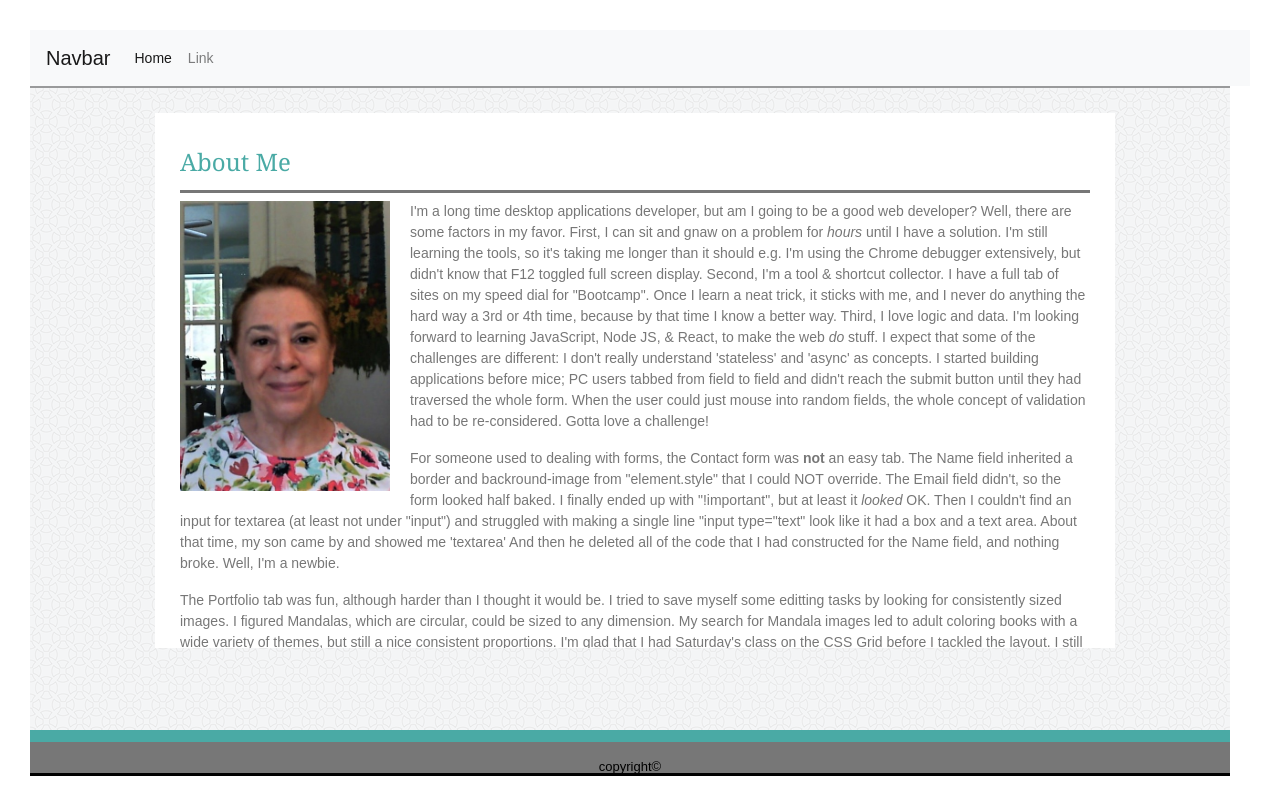
Repository: dsaftler/Bootstrap-Portfolio
Page: index.html
An editor plug-in stored every save of this project. The page is shown before and after the next save, followed by the edit.
The browser window is 1280 px wide. The pictures show the whole page.
An inner scrolling area shows only its first screen.

Above is the page before, as saved 2019-03-20 21:59:30.

After the next save:
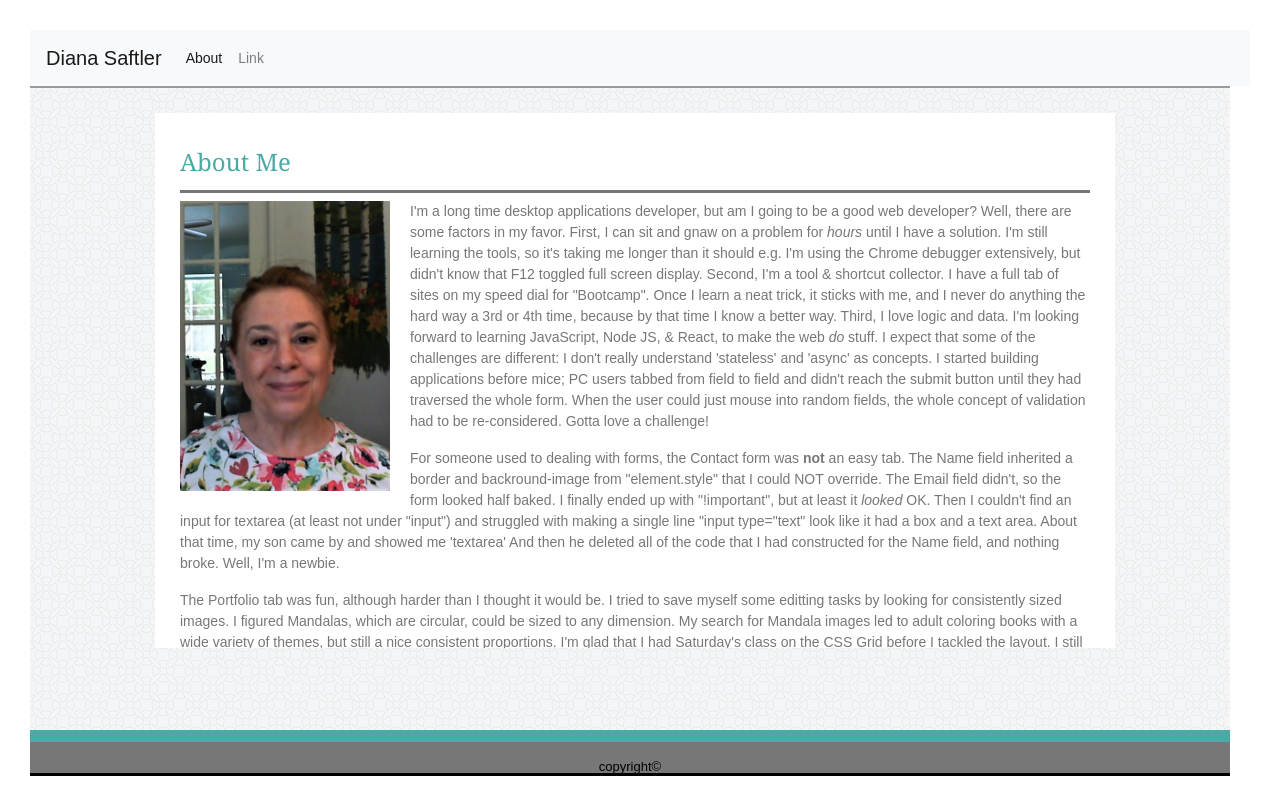
Saved 101 s later.
--- a/index.html
+++ b/index.html
@@ -10,7 +10,7 @@
 </head>
 <body>
     <nav class="navbar navbar-expand-lg navbar-light bg-light">
-        <a class="navbar-brand" href="#">Navbar</a>
+        <a class="navbar-brand" href="#">Diana Saftler</a>
         <button class="navbar-toggler" type="button" data-toggle="collapse" data-target="#navbarSupportedContent" aria-controls="navbarSupportedContent" aria-expanded="false" aria-label="Toggle navigation">
           <span class="navbar-toggler-icon"></span>
         </button>
@@ -18,7 +18,7 @@
         <div class="collapse navbar-collapse" id="navbarSupportedContent">
           <ul class="navbar-nav mr-auto">
             <li class="nav-item active">
-              <a class="nav-link" href="#">Home <span class="sr-only">(current)</span></a>
+              <a class="nav-link"href="index.html">About<span class="sr-only">(current)</span></a>
             </li>
             <li class="nav-item">
               <a class="nav-link" href="#">Link</a>
